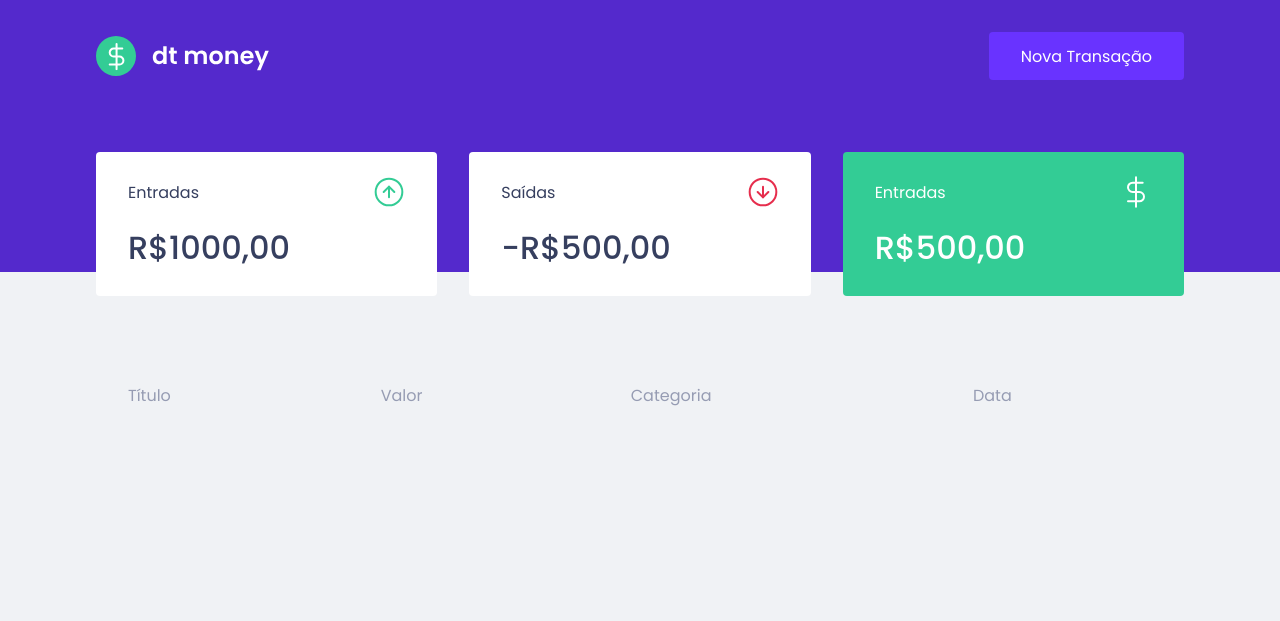
Repository: FreitasGabriel/dtmoney
Page: /
An editor plug-in stored every save of this project. The page is shown before and after the next save, followed by the edit.
The browser window is 1280 px wide. The pictures show the whole page.
The page's requests for data from a server got no answer. The project was rebuilt for these pictures with package versions that can differ from the ones it lists, and the page was loaded fresh each time. No one was signed in, and anything a server would have sent is missing.

Above is the page before, as saved 2021-03-19 18:47:23.

### public/index.html
<!DOCTYPE html>
<html lang="en">

<head>
    <link rel="preconnect" href="https://fonts.gstatic.com">
    <meta charset="UTF-8">
    <meta name="viewport" content="width=device-width, initial-scale=1.0">
    <link rel="shortcut icon" href="favicon.png" type="image/png">
    <link href="https://fonts.googleapis.com/css2?family=Poppins:wght@400;500;600&display=swap" rel="stylesheet">
    <title>DT Money</title>
</head>

<body>
    <div id="root"></div>
</body>

</html>

### src/index.tsx
import React from 'react';
import ReactDOM from 'react-dom';
import { createServer, Model } from 'miragejs'
import App from './App';

createServer({

  models: {
    transaction: Model,
  },

  seeds(server) {
    server.db.loadData({
      transactions: [{
        id: 1,
        title: 'Freelance de website',
        type: 'deposit',
        category: 'dev',
        amount: 6000,
        createdAt: new Date('2021-02-12 09:00:00')
      }, {
        id: 2,
        title: 'Aluguel',
        type: 'withdraw',
        category: 'casa',
        amount: 1000,
        createdAt: new Date('2021-02-14 09:00:00')
      }],
    })
  },

  routes() {
    this.namespace = 'api'

    this.get('/transactions', () => {
      return this.schema.all('transaction')
    })

    this.post('/transactions', (schema, request) => {
      const data = JSON.parse(request.requestBody)

      return schema.create('transaction', data)
    })
  }
})

ReactDOM.render(
  <React.StrictMode>
    <App />
  </React.StrictMode>,
  document.getElementById('root')
);

### src/App.tsx
import { useState } from 'react';
import Modal from 'react-modal';
import { Dashboard } from "./components/Dashboard";
import { Header } from "./components/Header";
import { NewTransactionModal } from './components/NewTransactionModal';

import { GlobalStyle } from "./styles/global"
import { TransactionsContext } from './TransactionsContext';

Modal.setAppElement('#root')

export default function App() {

  const [isNewTransactionModalOpen, setIsNewTransactionModalOpen] = useState(false)

  function handleOpenNewTransactionModal() {
    setIsNewTransactionModalOpen(true)
  }

  function handleCloseNewTransactionModal() {
    setIsNewTransactionModalOpen(false)
  }

  return (
    <TransactionsContext.Provider value={[]}>
      <Header onOpenNewTransactionModal={handleOpenNewTransactionModal} />
      <Dashboard />
      <NewTransactionModal
        isOpen={isNewTransactionModalOpen}
        onRequestClose={handleCloseNewTransactionModal}
      />
      <GlobalStyle />
    </TransactionsContext.Provider>
  );
}

### src/components/Dashboard/index.tsx
import { Summary } from '../Summary'
import { TransactionsTable } from '../TransactionsTable'
import { Container } from './styles'

export function Dashboard() {
    return (
        <Container>
            <Summary />
            <TransactionsTable />
        </Container>
    )
}

### src/components/Header/index.tsx
import logoImg from "../../assets/logo.svg"
import { Container, Content } from "./styles"

interface HeaderProps {
    onOpenNewTransactionModal: () => void
}

export function Header({ onOpenNewTransactionModal }: HeaderProps) {


    return (
        <Container>
            <Content>
                <img src={logoImg} alt="dt money" />
                <button type="button" onClick={onOpenNewTransactionModal}>
                    Nova Transação
                </button>


            </Content>
        </Container>
    )
}

### src/components/NewTransactionModal/index.tsx
import { useState, FormEvent } from 'react'
import Modal from 'react-modal'
import closeImg from '../../assets/close.svg';
import incomeImg from '../../assets/income.svg';
import outcomeImg from '../../assets/outcome.svg';
import { api } from '../../services/api';
import { Container, TransactionTypeContainer, RadioBox } from "./styles";

interface NewTransactionModalProps {
    isOpen: boolean;
    onRequestClose: () => void;
}

export function NewTransactionModal({ isOpen, onRequestClose }: NewTransactionModalProps) {

    const [title, setTitle] = useState('');
    const [value, setValue] = useState(0);
    const [category, setCategory] = useState('');
    const [type, setType] = useState('deposit')

    function handleCreateNewTransaction(e: FormEvent) {
        e.preventDefault()

        const data = {
            title, value, category, type
        }

        api.post('/transactions', data)
    }

    return (
        <Modal
            isOpen={isOpen}
            onRequestClose={onRequestClose}
            overlayClassName="react-modal-overlay"
            className="react-modal-content"
        >
            <button
                className="react-modal-close"
                type="button"
                onClick={onRequestClose}
            >
                <img src={closeImg} alt="Fechar modal" />
            </button>

            <Container onSubmit={handleCreateNewTransaction}>
                <h2>Cadastrar Transação</h2>

                <input
                    placeholder="Título"
                    value={title}
                    onChange={e => setTitle(e.target.value)}
                />
                <input
                    type="number"
                    placeholder="Valor"
                    value={value}
                    onChange={e => setValue(Number(e.target.value))}
                />

                <TransactionTypeContainer>
                    <RadioBox
                        type="button"
                        onClick={() => setType('deposit')}
                        isActive={type === 'deposit'}
                        activeColor="green"
                    >
                        <img src={incomeImg} alt="Entrada" />
                        <span>Entrada</span>
                    </RadioBox>

                    <RadioBox
                        type="button"
                        onClick={() => setType('withdraw')}
                        isActive={type === 'withdraw'}
                        activeColor="red"
                    >
                        <img src={outcomeImg} alt="Saída" />
                        <span>Saída</span>
                    </RadioBox>
                </TransactionTypeContainer>

                <input
                    placeholder="Categoria"
                    value={category}
                    onChange={e => setCategory(e.target.value)}
                />
                <button type="submit">
                    Cadastrar
                </button>
            </Container>
        </Modal>
    )
}

### src/styles/global.ts
import { createGlobalStyle } from 'styled-components'

export const GlobalStyle = createGlobalStyle`

    :root {
        --background: #F0F2F5;
        --shape: #FFFFFF;

        --red: #E52E4D;
        --green: #33CC95;
        --blue: #5429CC;

        --blue-light: #6933FF;
        --text-title: #363F5F;
        --text-body: #969CB3;

    }

    * {
        margin: 0;
        padding: 0;
        box-sizing: border-box;
    }

    //font-size: 16px - padrão(Desktop)
    html {
        @media(max-width: 1080px){
            font-size: 93.75%; // Vai fazer com que o font-size tenha 15px
        }

        @media(max-width: 720px){
            font-size: 87.5%; // Vai fazer com que o font-size tenha 14px
        }
    }

    // REM = 1rem = font-size padrão da página.

    body {
        background: var(--background);
        -webkit-font-smoothing: antialiased;
    }

    body, input, textarea, button {
        font-family: 'Poppins', sans-serif;
        font-weight: 400;
    }

    h1, h2, h3, h4, h5, h6, strong{
        font-weight: 600;
    }

    button {
        cursor: pointer;
    }

    [disabled] {
        opacity: 0.6;
        cursor: not-allowed;
    }

    .react-modal-overlay{
        background: rgba(0, 0, 0, 0.5);

        position: fixed;
        top: 0;
        bottom: 0;
        left: 0;
        right: 0;

        display: flex;
        align-items: center;
        justify-content: center;
    }
    .react-modal-content{
        width: 100%;
        max-width: 576px;
        background: var(--background);
        padding: 3rem;
        position: relative;
        border-radius: 0.25rem;

    }

    .react-modal-close{
        position: absolute;
        right: 1.5rem;
        top: 1.5rem;
        border: 0;
        background: transparent;

        transition: 0.2s;

        &:hover{
            filter: brightness(0.8);
        }
    }
;

`

### src/TransactionsContext.ts
import { createContext } from "react"

export const TransactionsContext = createContext([])

### src/components/Summary/index.tsx
import incomeImg from '../../assets/income.svg'
import outcomeImg from '../../assets/outcome.svg'
import totalImg from '../../assets/total.svg'

import { Container } from './styles'

export function Summary() {
    return (
        <Container>
            <div>
                <header>
                    <p>Entradas</p>
                    <img src={incomeImg} alt="Entradas" />
                </header>
                <strong>R$1000,00</strong>
            </div>
            <div>
                <header>
                    <p>Saídas</p>
                    <img src={outcomeImg} alt="Saídas" />
                </header>
                <strong>-R$500,00</strong>
            </div>
            <div className="highlight-background">
                <header>
                    <p>Entradas</p>
                    <img src={totalImg} alt="Total" />
                </header>
                <strong>R$500,00</strong>
            </div>
        </Container>
    )
}

### src/components/TransactionsTable/index.tsx
import { useEffect, useState } from "react";
import { api } from "../../services/api";
import { Container } from "./styles";


interface Transaction {
    id: number;
    title: string;
    amount: number;
    category: string;
    type: string;
    createdAt: string;
}

export function TransactionsTable() {

    const [transactions, setTransactions] = useState<Transaction[]>([])

    useEffect(() => {
        api.get('/transactions')
            .then(response => setTransactions(response.data.transactions))
    }, [])

    return (
        <Container>
            <table>
                <thead>
                    <tr>
                        <th>Título</th>
                        <th>Valor</th>
                        <th>Categoria</th>
                        <th>Data</th>
                    </tr>
                </thead>
                <tbody>
                    {transactions.map((transaction: Transaction) => {
                        return (
                            <tr key={transaction.id}>
                                <td>{transaction.title}</td>
                                <td className={transaction.type}>
                                    {new Intl.NumberFormat('pt-br', {
                                        style: 'currency',
                                        currency: 'BRL',
                                    }).format(transaction.amount)}
                                </td>
                                <td>{transaction.category}</td>
                                <td>
                                    {new Intl.DateTimeFormat('pt-br').format(new Date(transaction.createdAt))}
                                </td>
                            </tr>
                        )
                    })}
                </tbody>
            </table>
        </Container>
    )
}

### src/components/Dashboard/styles.ts
import styled from 'styled-components'

export const Container = styled.main`
    max-width: 1120px;
    margin: 0 auto;
    padding: 2.5rem 1rem;
`

### src/components/Header/styles.ts
import styled from 'styled-components'

export const Container = styled.header`
    background: var(--blue);
`

export const Content = styled.div`
    max-width: 1120px;
    margin: 0 auto;

    padding: 2rem 1rem 12rem;
    display: flex;
    align-items: center;
    justify-content: space-between;

    button{
        font-size: 1rem;
        color: var(--shape);
        background: var(--blue-light);
        border: 0;
        padding: 0 2rem;
        border-radius: 0.25rem;
        height: 3rem;

        transition: filter 0.2s;

        &:hover{
            filter: brightness(0.9);
        }
    }


`

### src/components/NewTransactionModal/styles.ts
import styled from 'styled-components'
import { darken, transparentize } from 'polished'

export const Container = styled.form`

    border: none;

    h2 {
        color: var(--text-title);
        font-size: 1.5rem;
        margin-bottom: 2rem;
    }

    input {
        width: 100%;
        padding: 0 1.5rem;
        height: 4rem;
        border-radius: 0.25rem;

        border: 1px solid #D7D7D7;
        background: #E7E9EE;

        font-weight: 400;
        font-size: 1rem;

        &::placeholder {
            color: var(--text-body);
        }

        & + input { //TODO IMPUT QUE TIVER UM INPUT EM CIMA, VAI TER AS PROPS ABAIXO
            margin-top: 1rem;
        }
    }

    button[type="submit"] {
        width: 100%;
        padding: 0 1.5rem;
        height: 4rem;
        background: var(--green);
        color: #FFFFFF;
        border-radius: 0.25rem;
        border: 0;
        font-size: 1rem;
        margin-top: 1.5rem;
        font-weight: 600;

        transition: 0.2s;
        &:hover{
            filter: brightness(0.9);
        }
    }
`

export const TransactionTypeContainer = styled.div`
    margin: 1rem 0;
    display: grid;
    grid-template-columns: 1fr 1fr;
    gap: 0.5rem;


`

const colors = {
    green: '#33CC95',
    red: '#E52E4D'
}

interface RadioBoxProps {
    isActive: boolean;
    activeColor: 'green' | 'red';
}

export const RadioBox = styled.button<RadioBoxProps>`

    height: 4rem;
    border: 1px solid #D7D7D7;
    border-radius: 0.25rem;

    background: ${props => props.isActive
        ? transparentize(0.9, colors[props.activeColor])
        : 'transparent'};

    display: flex;
    align-items: center;
    justify-content: center;

    transition: border-color 0.2s;

    &:hover {
        border-color: ${darken(0.1, '#D7D7D7')};
    }

    img {
        width: 20px;
        height: 20px;
    }

    span{
        display: inline-block;
        margin-left: 1rem;
        font-size: 1rem;
        color: var(--text-title);
    }

`

### src/components/Summary/styles.ts
import styled from 'styled-components'

export const Container = styled.div`
    display: grid;
    grid-template-columns: repeat(3, 1fr);
    gap: 2rem;
    margin-top: -10rem;

    div {
        background: var(--shape);
        padding: 1.5rem 2rem;
        border-radius: 0.25rem;
        color: var(--text-title);

        header {
            display: flex;
            align-items: center;
            justify-content: space-between;
        }

        strong {
            display: block;
            margin-top: 1rem;
            font-size: 2rem;
            font-weight: 500;
            line-height: 3rem;
        }

        &.highlight-background{
            background: var(--green);
            color: var(--shape);
        }
    }
`

### src/components/TransactionsTable/styles.ts
import styled from 'styled-components'

export const Container = styled.div`

    margin-top: 4rem;

    table {
        width: 100%;
        border-spacing: 0 0.5rem;

        th {
            color: var(--text-body);
            font-weight: 400;
            padding: 1rem 2rem;
            text-align: left;
            line-height: 1.5rem;
        }

        td {
            padding: 1rem 2rem;
            border: 0;
            background: var(--shape);
            color: var(--text-body);
            border-radius: 0.25rem;

            &:first-child{
                color: var(--text-title)
            }

            &.deposit{
                color: var(--green)
            }

            &.withdraw{
                color: var(--red)
            }
        }
    }
`

Loaded but not shown: src/services/api.ts (common file)

After the next save:
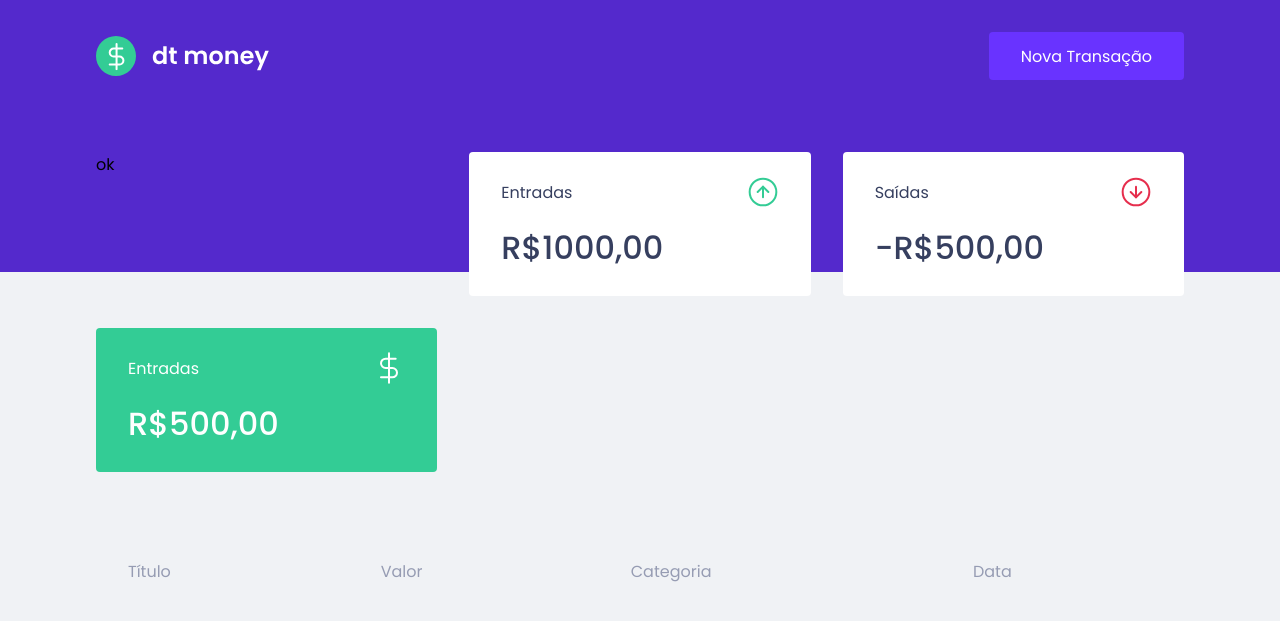
Saved 2 min 19 s later.
--- a/src/components/Summary/index.tsx
+++ b/src/components/Summary/index.tsx
@@ -1,12 +1,23 @@
 import incomeImg from '../../assets/income.svg'
 import outcomeImg from '../../assets/outcome.svg'
 import totalImg from '../../assets/total.svg'
+import { TransactionsContext } from '../../TransactionsContext'
 
 import { Container } from './styles'
 
 export function Summary() {
+
+
+
+
     return (
         <Container>
+            <TransactionsContext.Consumer>
+                {(data) => {
+                    console.log(data)
+                    return <p>ok</p>
+                }}
+            </TransactionsContext.Consumer>
             <div>
                 <header>
                     <p>Entradas</p>

After the save that followed:
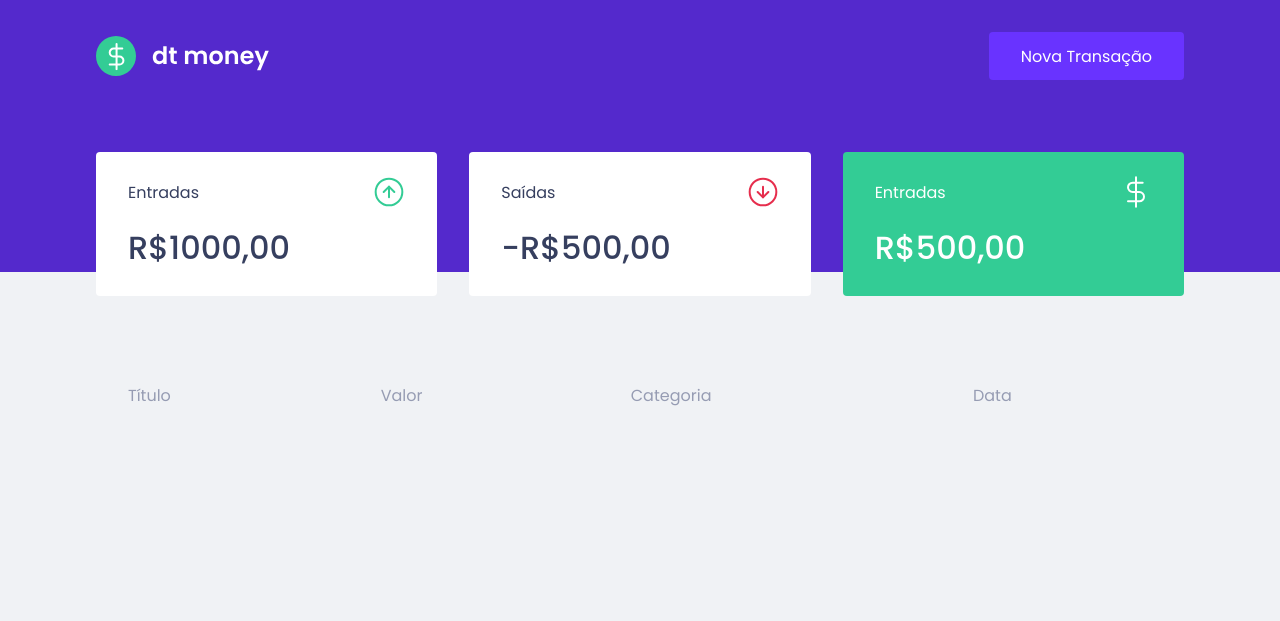
Saved 95 s later.
--- a/src/components/Summary/index.tsx
+++ b/src/components/Summary/index.tsx
@@ -1,3 +1,4 @@
+import React, { useContext } from 'react';
 import incomeImg from '../../assets/income.svg'
 import outcomeImg from '../../assets/outcome.svg'
 import totalImg from '../../assets/total.svg'
@@ -7,17 +8,12 @@
 
 export function Summary() {
 
+    const data = useContext(TransactionsContext)
 
-
+    console.log(data)
 
     return (
         <Container>
-            <TransactionsContext.Consumer>
-                {(data) => {
-                    console.log(data)
-                    return <p>ok</p>
-                }}
-            </TransactionsContext.Consumer>
             <div>
                 <header>
                     <p>Entradas</p>
